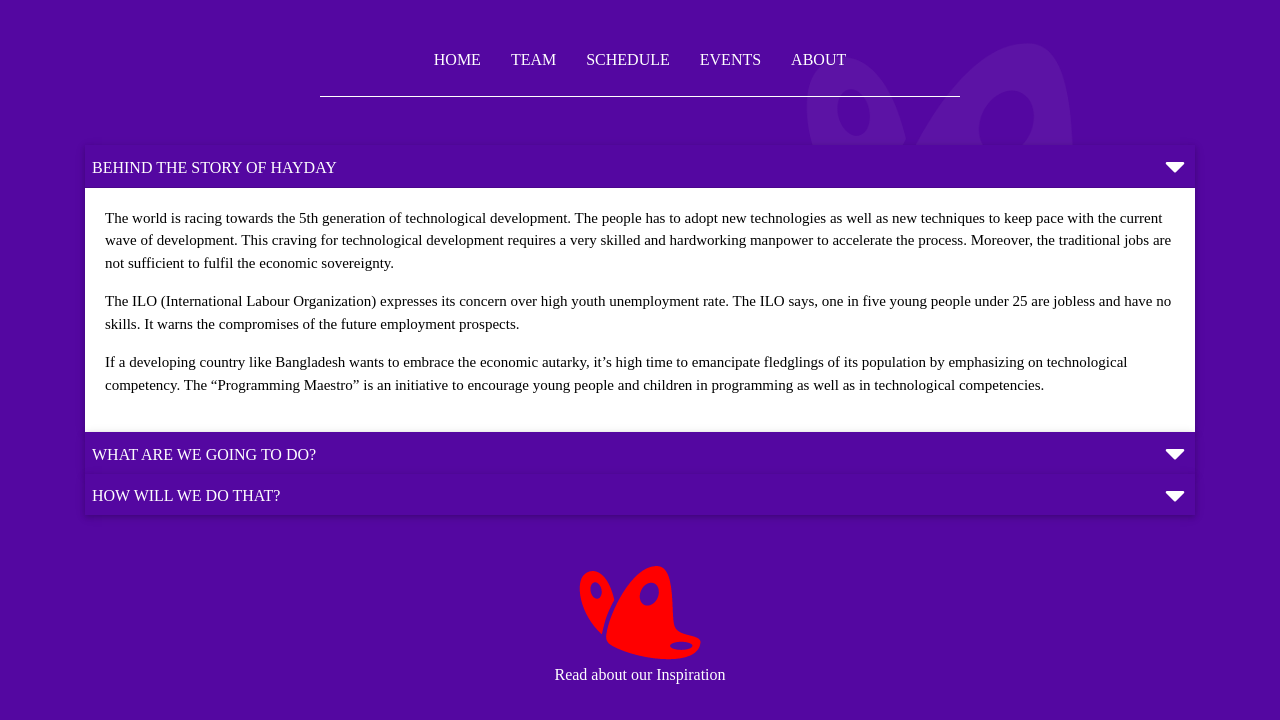
Repository: im1971/company-web
Page: about.html
The author's editor kept a copy of each file at every save. The page is drawn from the files as they stood at one save, then again after the next save.
The browser window is 1280 px wide. The pictures show the whole page.
Some web fonts or font styles are not loaded; a fallback is used.

Above is the page before, as saved 2020-01-26 10:35:00.

After the next save:
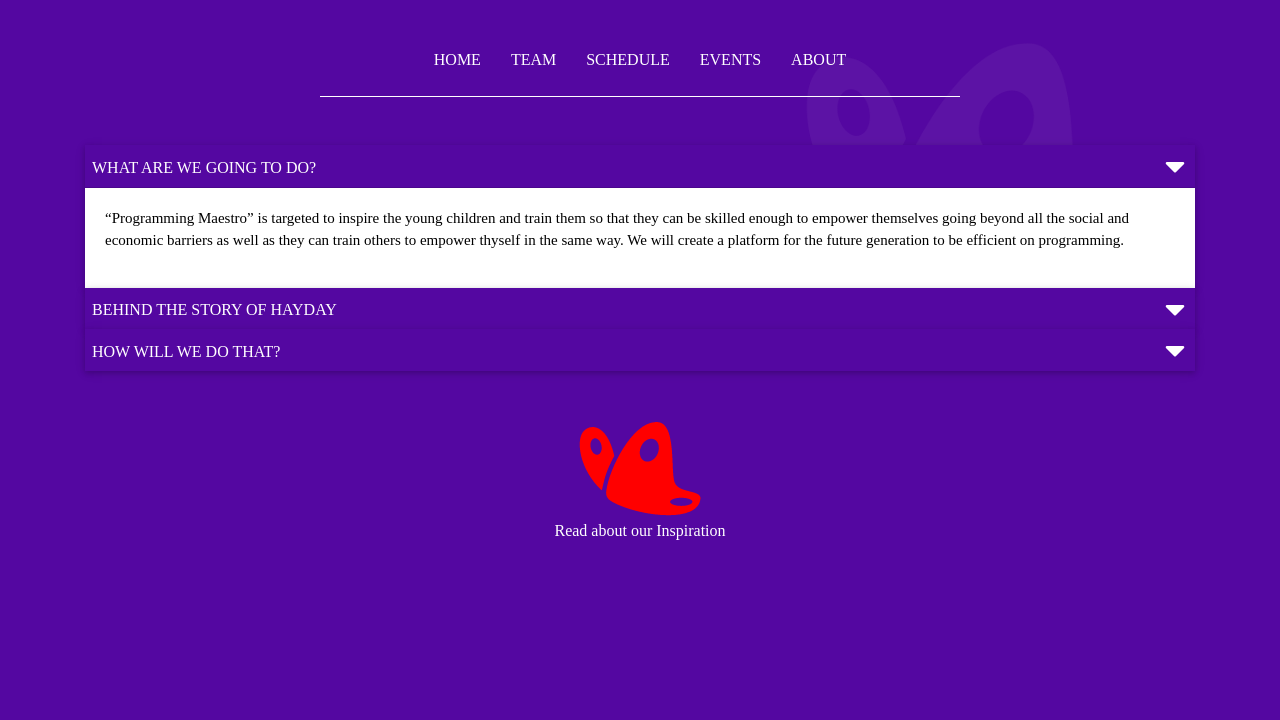
Saved 71 s later.
--- a/about.html
+++ b/about.html
@@ -56,6 +56,24 @@
                     <div class="col-md-12">
                         <div class="accordion" id="accordionExample">
                             <div class="card">
+                                <div class="card-header" id="headingTwo">
+                                    <h2 class="mb-0 ">
+                                        <button class="btn btn-link collapsed" type="button" data-toggle="collapse" data-target="#collapseTwo" aria-expanded="false" aria-controls="collapseTwo">
+                                            what are we going to do?
+                                  </button>
+                                        <i class="fas fa-caret-down"></i>
+                                    </h2>
+                                </div>
+                                <div id="collapseTwo" class="collapse show" aria-labelledby="headingTwo" data-parent="#accordionExample">
+                                    <div class="card-body">
+                                        <p>
+                                            “Programming Maestro” is targeted to inspire the young children and train them so that they can be skilled enough to empower themselves going beyond all the social and economic barriers as well as they can train others to empower thyself in the same way.
+                                            We will create a platform for the future generation to be efficient on programming.
+                                        </p>
+                                    </div>
+                                </div>
+                            </div>
+                            <div class="card">
                                 <div class="card-header" id="headingOne">
                                     <h2 class="mb-0  ">
                                         <button class="btn btn-link" type="button" data-toggle="collapse" data-target="#collapseOne" aria-expanded="false" aria-controls="collapseOne">
@@ -65,7 +83,7 @@
                                     </h2>
                                 </div>
 
-                                <div id="collapseOne" class="collapse show" aria-labelledby="headingOne" data-parent="#accordionExample">
+                                <div id="collapseOne" class="collapse" aria-labelledby="headingOne" data-parent="#accordionExample">
                                     <div class="card-body">
                                         <p>
                                             The world is racing towards the 5th generation of technological development. The people has to adopt new technologies as well as new techniques to keep pace with the current wave of development. This craving for technological development requires a very
@@ -77,24 +95,6 @@
                                         <p>
                                             If a developing country like Bangladesh wants to embrace the economic autarky, it’s high time to emancipate fledglings of its population by emphasizing on technological competency. The “Programming Maestro” is an initiative to encourage young people and
                                             children in programming as well as in technological competencies.
-                                        </p>
-                                    </div>
-                                </div>
-                            </div>
-                            <div class="card">
-                                <div class="card-header" id="headingTwo">
-                                    <h2 class="mb-0 ">
-                                        <button class="btn btn-link collapsed" type="button" data-toggle="collapse" data-target="#collapseTwo" aria-expanded="false" aria-controls="collapseTwo">
-                                            what are we going to do?
-                                  </button>
-                                        <i class="fas fa-caret-down"></i>
-                                    </h2>
-                                </div>
-                                <div id="collapseTwo" class="collapse" aria-labelledby="headingTwo" data-parent="#accordionExample">
-                                    <div class="card-body">
-                                        <p>
-                                            “Programming Maestro” is targeted to inspire the young children and train them so that they can be skilled enough to empower themselves going beyond all the social and economic barriers as well as they can train others to empower thyself in the same way.
-                                            We will create a platform for the future generation to be efficient on programming.
                                         </p>
                                     </div>
                                 </div>
